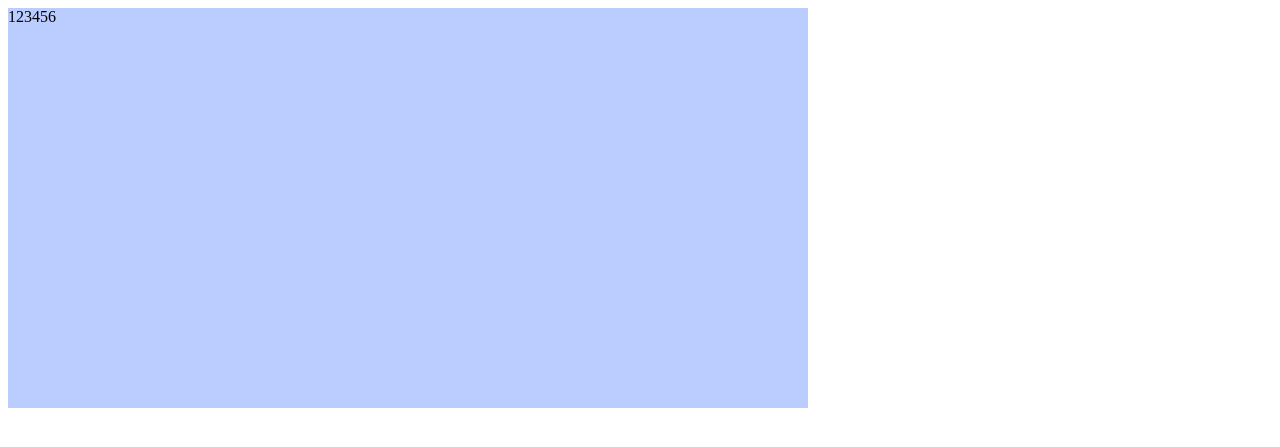
Repository: liutian97/learn1
Page: 移动端web开发/代码/2. Flex 伸缩布局/07-flex设置侧轴对齐方式（多行）.html
The author's editor kept a copy of each file at every save. The page is drawn from the files as they stood at one save, then again after a run of saves.
The browser window is 1280 px wide. The pictures show the whole page.

Above is the page before, as saved 2022-07-02 17:28:57.

### 移动端web开发/代码/2. Flex 伸缩布局/07-flex设置侧轴对齐方式（多行）.html
<!DOCTYPE html>
<html lang="en">

<head>
  <meta charset="UTF-8">
  <meta http-equiv="X-UA-Compatible" content="IE=edge">
  <meta name="viewport" content="width=device-width, initial-scale=1.0">
  <title>Document</title>
  <style>
    div {
      width: 800px;
      height: 400px;
      background-color: #bcf;
      display: flex;
    }
    div span {
      w150px;

    }
  </style>
</head>

<body>
  <div>
    <span>1</span>
    <span>2</span>
    <span>3</span>
    <span>4</span>
    <span>5</span>
    <span>6</span>

  </div>
</body>

</html>









<!-- <!DOCTYPE html>
<html lang="en">

<head>
    <meta charset="UTF-8">
    <meta name="viewport" content="width=device-width, initial-scale=1.0">
    <meta http-equiv="X-UA-Compatible" content="ie=edge">
    <title>Document</title>
    <style>
        div {
            display: flex;
            width: 800px;
            height: 400px;
            background-color: pink;
            /* 换行 */
            flex-wrap: wrap;
            /* 因为有了换行，此时我们侧轴上控制子元素的对齐方式我们用 align-content */
            /* align-content: flex-start; */
            /* align-content: center; */
            /* align-content: space-between; */
            align-content: space-around;
        }

        div span {
            width: 150px;
            height: 100px;
            background-color: purple;
            color: #fff;
            margin: 10px;
        }
    </style>
</head>

<body>
    <div>
        <span>1</span>
        <span>2</span>
        <span>3</span>
        <span>4</span>
        <span>5</span>
        <span>6</span>
    </div>
</body>

</html> -->

After the next 2 saves:
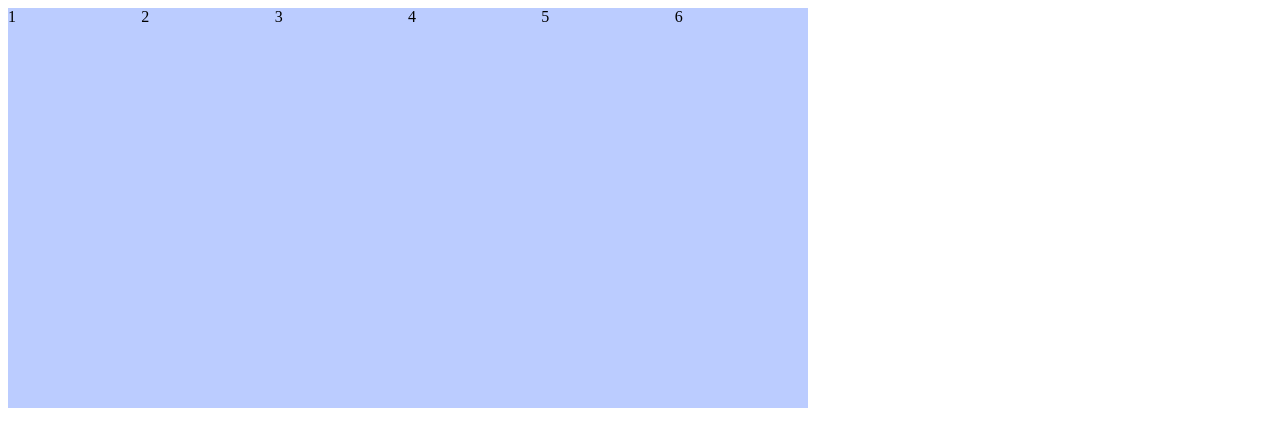
The 2 saves are shown as one change because they came seconds apart.
The last was saved 9 s later.
--- a/移动端web开发/代码/2. Flex 伸缩布局/07-flex设置侧轴对齐方式（多行）.html
+++ b/移动端web开发/代码/2. Flex 伸缩布局/07-flex设置侧轴对齐方式（多行）.html
@@ -14,7 +14,8 @@
       display: flex;
     }
     div span {
-      w150px;
+      width: 150px;
+      height: 100px;
 
     }
   </style>
